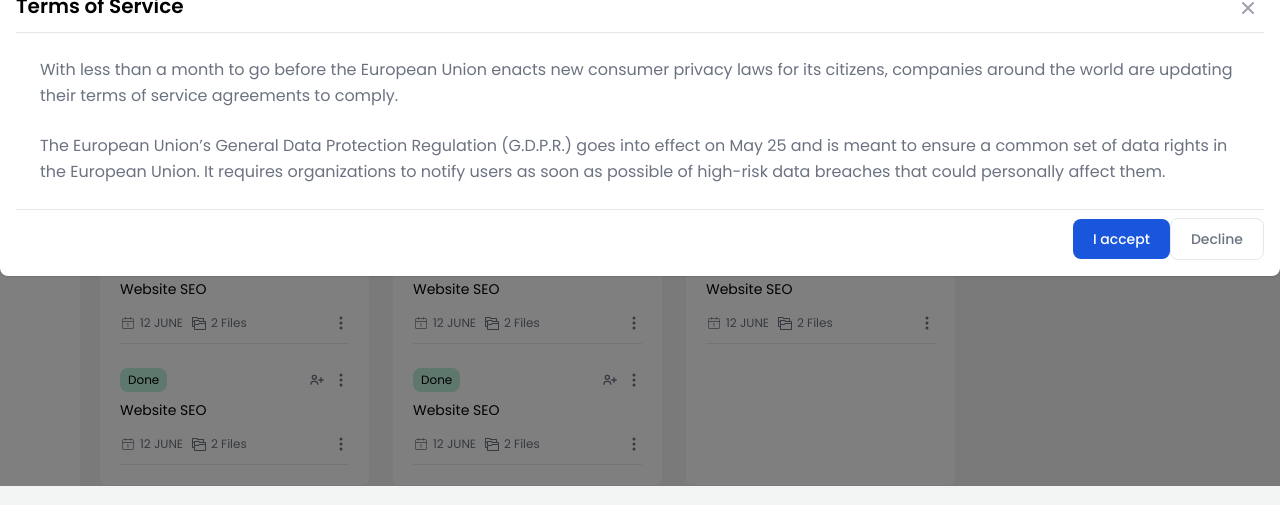
Repository: Shamraiz761/Frontend-Assessment
Page: /, after clicking the first element matching `button.bg-white`
These files come from the project's save history. The page is drawn as it stood at one moment and after the next save; the edit follows.
The browser window is 1280 px wide. The pictures show the part of the page from y = 234 to 739 px (the page is 739 px tall).
Pictures or frames that could not be fetched are drawn as grey boxes. The project was rebuilt for these pictures with package versions that can differ from the ones it lists, and the page was loaded fresh each time. Also part of the build but not shown: vite.config.js. Imported but missing from the stored project, and not drawn on this page: src/pages/auth/login.

Above is the page before, as saved 2023-06-09 12:51:00.

After the next save:
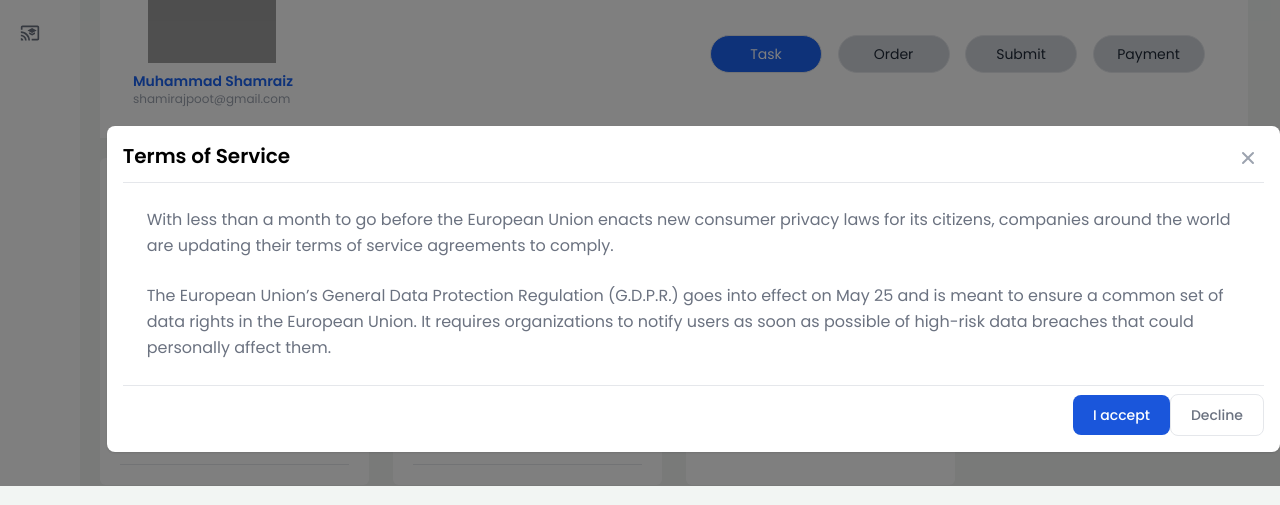
Saved 53 s later.
--- a/src/pages/Dashboard/index.jsx
+++ b/src/pages/Dashboard/index.jsx
@@ -62,63 +62,65 @@ function Home() {
           </button>
           {isModalOpen && (
             <div className="fixed w-full top-0 left-0 right-0 bottom-0 z-50 flex min-h-screen  items-center justify-center  bg-opacity-50 bg-black">
-              <div className="absolute bg-white rounded-lg shadow p-4">
-                {/* Modal header */}
-                <div className="flex items-start justify-between border-b pb-2">
-                  <h3 className="text-xl font-semibold">Terms of Service</h3>
-                  <button
-                    onClick={toggleModal}
-                    className="text-gray-400 bg-transparent hover:bg-gray-200 hover:text-gray-900 rounded-lg p-1.5 ml-auto inline-flex items-center"
-                  >
-                    <svg
-                      aria-hidden="true"
-                      className="w-5 h-5"
-                      fill="currentColor"
-                      viewBox="0 0 20 20"
-                      xmlns="http://www.w3.org/2000/svg"
+              <div className="w-10/12 ">
+                <div className="absolute bg-white rounded-lg shadow p-4">
+                  {/* Modal header */}
+                  <div className="flex items-start justify-between border-b pb-2">
+                    <h3 className="text-xl font-semibold">Terms of Service</h3>
+                    <button
+                      onClick={toggleModal}
+                      className="text-gray-400 bg-transparent hover:bg-gray-200 hover:text-gray-900 rounded-lg p-1.5 ml-auto inline-flex items-center"
                     >
-                      <path
-                        fillRule="evenodd"
-                        d="M4.293 4.293a1 1 0 011.414 0L10 8.586l4.293-4.293a1 1 0 111.414 1.414L11.414 10l4.293 4.293a1 1 0 01-1.414 1.414L10 11.414l-4.293 4.293a1 1 0 01-1.414-1.414L8.586 10 4.293 5.707a1 1 0 010-1.414z"
-                        clipRule="evenodd"
-                      />
-                    </svg>
-                    <span className="sr-only">Close modal</span>
-                  </button>
-                </div>
-                {/* Modal body */}
-                <div className="p-6 space-y-6">
-                  <p className="text-base leading-relaxed text-gray-500">
-                    With less than a month to go before the European Union
-                    enacts new consumer privacy laws for its citizens, companies
-                    around the world are updating their terms of service
-                    agreements to comply.
-                  </p>
-                  <p className="text-base leading-relaxed text-gray-500">
-                    The European Union’s General Data Protection Regulation
-                    (G.D.P.R.) goes into effect on May 25 and is meant to ensure
-                    a common set of data rights in the European Union. It
-                    requires organizations to notify users as soon as possible
-                    of high-risk data breaches that could personally affect
-                    them.
-                  </p>
-                </div>
-                {/* Modal footer */}
-                <div className="flex items-center justify-end border-t pt-2">
-                  <button
-                    onClick={toggleModal}
-                    type="button"
-                    className="text-white bg-blue-700 hover:bg-blue-800 focus:ring-4 focus:outline-none focus:ring-blue-300 font-medium rounded-lg text-sm px-5 py-2.5"
-                  >
-                    I accept
-                  </button>
-                  <button
-                    onClick={toggleModal}
-                    type="button"
-                    className="text-gray-500 bg-white hover:bg-gray-100 focus:ring-4 focus:outline-none focus:ring-blue-300 rounded-lg border border-gray-200 text-sm font-medium px-5 py-2.5 hover:text-gray-900"
-                  >
-                    Decline
-                  </button>
+                      <svg
+                        aria-hidden="true"
+                        className="w-5 h-5"
+                        fill="currentColor"
+                        viewBox="0 0 20 20"
+                        xmlns="http://www.w3.org/2000/svg"
+                      >
+                        <path
+                          fillRule="evenodd"
+                          d="M4.293 4.293a1 1 0 011.414 0L10 8.586l4.293-4.293a1 1 0 111.414 1.414L11.414 10l4.293 4.293a1 1 0 01-1.414 1.414L10 11.414l-4.293 4.293a1 1 0 01-1.414-1.414L8.586 10 4.293 5.707a1 1 0 010-1.414z"
+                          clipRule="evenodd"
+                        />
+                      </svg>
+                      <span className="sr-only">Close modal</span>
+                    </button>
+                  </div>
+                  {/* Modal body */}
+                  <div className="p-6 space-y-6">
+                    <p className="text-base leading-relaxed text-gray-500">
+                      With less than a month to go before the European Union
+                      enacts new consumer privacy laws for its citizens,
+                      companies around the world are updating their terms of
+                      service agreements to comply.
+                    </p>
+                    <p className="text-base leading-relaxed text-gray-500">
+                      The European Union’s General Data Protection Regulation
+                      (G.D.P.R.) goes into effect on May 25 and is meant to
+                      ensure a common set of data rights in the European Union.
+                      It requires organizations to notify users as soon as
+                      possible of high-risk data breaches that could personally
+                      affect them.
+                    </p>
+                  </div>
+                  {/* Modal footer */}
+                  <div className="flex items-center justify-end border-t pt-2">
+                    <button
+                      onClick={toggleModal}
+                      type="button"
+                      className="text-white bg-blue-700 hover:bg-blue-800 focus:ring-4 focus:outline-none focus:ring-blue-300 font-medium rounded-lg text-sm px-5 py-2.5"
+                    >
+                      I accept
+                    </button>
+                    <button
+                      onClick={toggleModal}
+                      type="button"
+                      className="text-gray-500 bg-white hover:bg-gray-100 focus:ring-4 focus:outline-none focus:ring-blue-300 rounded-lg border border-gray-200 text-sm font-medium px-5 py-2.5 hover:text-gray-900"
+                    >
+                      Decline
+                    </button>
+                  </div>
                 </div>
               </div>
             </div>
